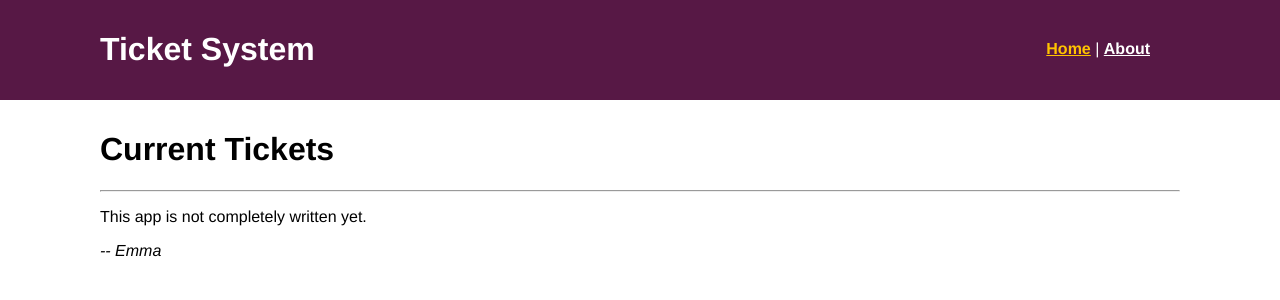
Repository: aedawes/cs260
Page: / (app in VueCLI/learning-vue-cli/)
An editor plug-in stored every save of this project. The page is shown before and after the next save, followed by the edit.
The browser window is 1280 px wide. The pictures show the whole page.
The project was rebuilt for these pictures with package versions that can differ from the ones it lists, and the page was loaded fresh each time. Also part of the build but not shown: VueCLI/learning-vue-cli/vue.config.js, VueCLI/learning-vue-cli/src/views/Create.vue.

Above is the page before, as saved 2022-03-07 16:41:43.

### VueCLI/learning-vue-cli/src/main.js
import Vue from 'vue'
import App from './App.vue'
import router from './router'

Vue.config.productionTip = false

let data = {
  currentID: 2,
  tickets: [{
    id: 1,
    problem: 'This app is not completely written yet.',
    name: 'Emma'
  }],
  getTickets() {
    return this.tickets;
  },
  addTicket(name, problem) {
    this.tickets.push({
      id: this.currentID,
      name: name,
      problem: problem
    });
    this.currentID += 1;
  }
}

new Vue({
  router,
  data: data,
  render: h => h(App)
}).$mount('#app')

### VueCLI/learning-vue-cli/src/App.vue
<template>
  <div id="app">
    <div class="header">
      <h1>Ticket System</h1>
      <div id="nav">
        <router-link to="/">Home</router-link> |
        <router-link to="/about">About</router-link>
      </div>
    </div>
    <div class="content">
      <router-view />
    </div>
  </div>
</template>

<style>
body {
  margin: 0px;
}

#app {
  font-family: 'Avenir', Helvetica, Arial, sans-serif;
  -webkit-font-smoothing: antialiased;
  -moz-osx-font-smoothing: grayscale;
}

.header {
  display: flex;
  justify-content: space-between;
  background: #571845;
  padding: 10px 100px;
  color: white;
}

#nav {
  padding: 30px;
}

#nav a {
  font-weight: bold;
  color: #fff;
}

#nav a.router-link-exact-active {
  color: #FFC300;
}

.content {
  padding: 10px 100px;
}
</style>

### VueCLI/learning-vue-cli/src/router/index.js
import Vue from 'vue'
import VueRouter from 'vue-router'
import HomeView from '../views/HomeView.vue'
import Create from '../views/Create.vue'

Vue.use(VueRouter)

const routes = [
  {
    path: '/',
    name: 'home',
    component: HomeView
  },
  {
    path: '/about',
    name: 'about',
    // route level code-splitting
    // this generates a separate chunk (about.[hash].js) for this route
    // which is lazy-loaded when the route is visited.
    component: () => import(/* webpackChunkName: "about" */ '../views/AboutView.vue')
  },
  {
    path: '/create',
    name: 'create',
    component: Create,
  }
]

const router = new VueRouter({
  mode: 'history',
  base: process.env.BASE_URL,
  routes
})

export default router

### VueCLI/learning-vue-cli/src/views/HomeView.vue
<template>
  <div>
    <h1>Current Tickets</h1>
    <div v-for="ticket in tickets" v-bind:key="ticket.id">
      <hr>
      <div class="ticket">
        <div class="problem">
          <p>{{ticket.problem}}</p>
          <p><i>-- {{ticket.name}}</i></p>
        </div>
      </div>
    </div>
  </div>
</template>

<script>
  export default {
    name: 'home',
    data() {
      return {}
    },
    computed: {
      tickets() {
        return this.$root.$data.getTickets();
      }
    }
  }
</script>

After the next save:
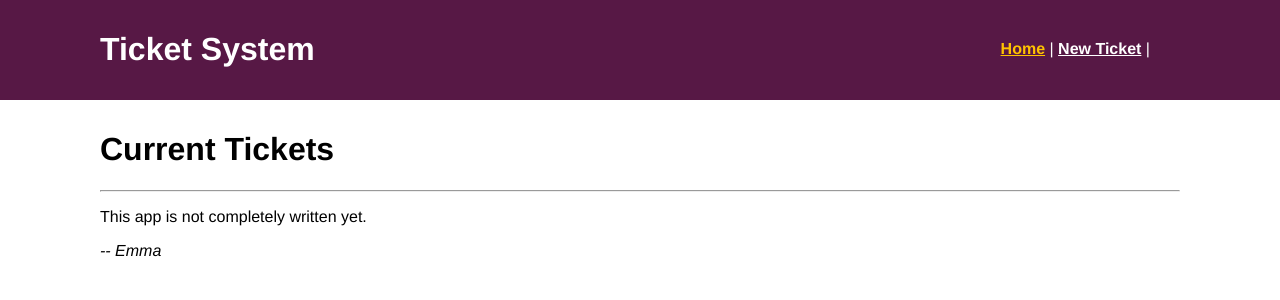
Saved 73 s later.
--- a/VueCLI/learning-vue-cli/src/App.vue
+++ b/VueCLI/learning-vue-cli/src/App.vue
@@ -4,8 +4,8 @@
       <h1>Ticket System</h1>
       <div id="nav">
         <router-link to="/">Home</router-link> |
-        <router-link to="/about">About</router-link>
-      </div>
+        <router-link to="/create">New Ticket</router-link> |
+    </div>
     </div>
     <div class="content">
       <router-view />
